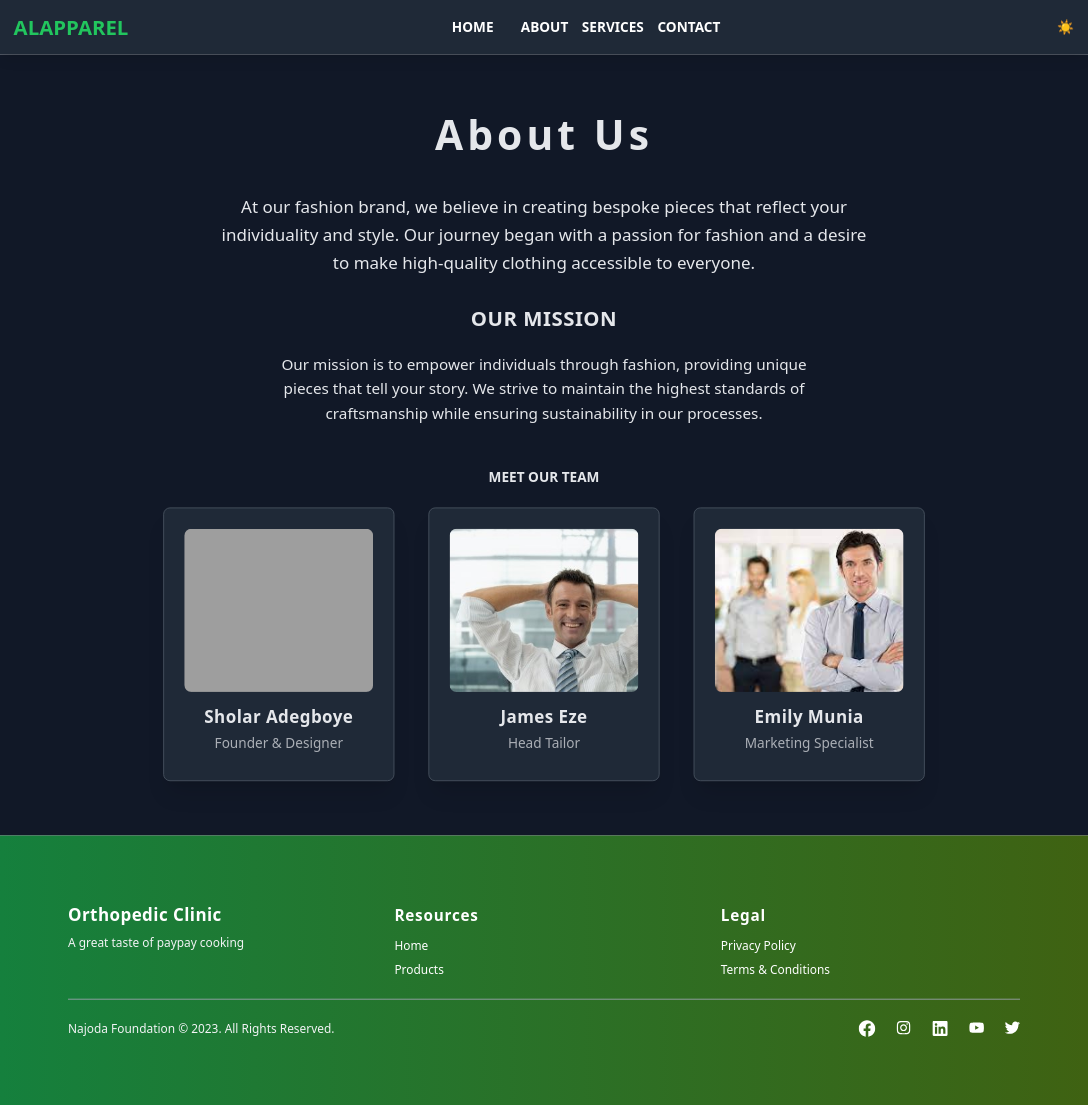
Repository: countaustin1990/file-C-Users-user-Documents-Final-20Cart
Page: /about (app in Documents/BXXXN/my-app/)
An editor plug-in stored every save of this project. The page is shown before and after the next save, followed by the edit.
The browser window is 1280 px wide. The pictures show the whole page, at 85% of full size.
Pictures or frames that could not be fetched are drawn as grey boxes. The project was rebuilt for these pictures with package versions that can differ from the ones it lists, and the page was loaded fresh each time. Also part of the build but not shown: Documents/BXXXN/my-app/vite.config.js, Documents/BXXXN/my-app/src/components/folder/HeroSection.test.jsx, Documents/BXXXN/my-app/src/components/horizontalscroll/style.css, Documents/BXXXN/my-app/src/components/horizontalscroll/HorizontalScroll.test.jsx, Documents/BXXXN/my-app/src/serviceinfo/ServiceInfo.test.jsx, Documents/BXXXN/my-app/src/pages/home/Home.test.jsx, Documents/BXXXN/my-app/src/pages/contact/Contact.jsx, Documents/BXXXN/my-app/src/pages/services/Services.test.jsx.

Above is the page before, as saved 2024-11-01 18:39:16.

### Documents/BXXXN/my-app/src/App.jsx
import { BrowserRouter as Router, Routes, Route } from 'react-router-dom';
import { useEffect, useState } from 'react';
import Navbar from './components/navbar/Navbar.test';
import Home from './pages/home/Home.test';
import Footer from './components/footer/Footer';
import Contact from './pages/contact/Contact';
import About from './pages/about/About.test';
import Services from './pages/services/Services.test';
import BackToTopButton from './components/backtotopbutton/BackToTopButton';
//import ServicesInfo from './serviceinfo/ServiceInfo.test';

const App = () => {
  const [theme, setTheme] = useState('dark');

  // Toggle theme function
  const toggleTheme = () => {
    const newTheme = theme === 'light' ? 'dark' : 'light';
    setTheme(newTheme);
    localStorage.setItem('theme', newTheme);
  };

  useEffect(() => {
    const savedTheme = localStorage.getItem('theme');
    setTheme(savedTheme || 'dark'); // Default to dark mode if no saved theme
  }, []);

  return (
    <Router>
      <BackToTopButton toggleTheme={toggleTheme} theme={theme}/>
      <Navbar toggleTheme={toggleTheme} theme={theme} />
      <Routes>
        <Route path="/home" element={<Home theme={theme} />} />
        <Route path="/about" element={<About theme={theme} />} />
        <Route path="/services" element={<Services theme={theme} />} />
        <Route path="/contact" element={<Contact theme={theme} />} />
      </Routes>
      {/*<ServicesInfo isDarkMode={theme === 'dark'} />  Pass isDarkMode prop */}
      <Footer />
    </Router>
  );
};

export default App;

### Documents/BXXXN/my-app/src/index.css
@tailwind base;
@tailwind components;
@tailwind utilities;

/* Global Styles */
.app {
  transition: background-color 0.3s ease-in-out;
}

/* Light and Dark Mode Styles */
.light-mode {
  background-color: #f0f0f0;
  color: #000;
}

.dark-mode {
  background-color: #1e1e1e;
  color: #fff;
}

/* Hero Section */
.hero {
  display: flex;
  justify-content: center;
  align-items: center;
  height: 70svh;
  text-align: center;
}

.hero-content h1 {
  font-size: 2.5rem;
  margin-bottom: 1rem;
}

.hero-content p {
  font-size: 1.2rem;
  margin-bottom: 1.5rem;
}

.cta-button {
  padding: 0.75rem 1.5rem;
  font-size: 1rem;
  background-color: rgb(22 163 74);

  color: white;
  border: none;
  cursor: pointer;
  border-radius: 5px;
}

.cta-button:hover {
  background-color: #22923c;
}

/* Toggle Switch Styles */
.switch {
  position: relative;
  display: inline-block;
  width: 60px;
  height: 34px;
  margin-top: 20px;
}

.switch input {
  opacity: 0;
  width: 0;
  height: 0;
}

.slider {
  position: absolute;
  cursor: pointer;
  top: 0;
  left: 0;
  right: 0;
  bottom: 0;
  background-color: #ccc;
  transition: 0.4s;
  border-radius: 34px;
}

.slider:before {
  position: absolute;
  content: "";
  height: 26px;
  width: 26px;
  border-radius: 50%;
  left: 4px;
  bottom: 4px;
  background-color: white;
  transition: 0.4s;
}

input:checked + .slider {
  background-color: #5494de;
}

input:checked + .slider:before {
  transform: translateX(26px);
}

/* Decoration (Additional Styling) */
.decoration {
  position: absolute;
  right: 10px;
  top: 5px;
  width: 8px;
  height: 8px;
  background-color: yellow;
  border-radius: 50%;
  box-shadow: 0 0 5px 2px yellow;
}

### Documents/BXXXN/my-app/src/components/navbar/Navbar.test.jsx
import PropTypes from 'prop-types';
import { useState } from 'react';
import { Link } from 'react-router-dom';

const Navbar = ({ theme, toggleTheme }) => {
  const [isMenuOpen, setIsMenuOpen] = useState(false);

  const handleMenuToggle = () => {
    setIsMenuOpen(!isMenuOpen);
  };

  const handleLinkClick = () => {
    setIsMenuOpen(false);
  };

  return (
    <nav className={`navbar shadow-lg sticky top-0 ${theme === 'light' ? 'bg-white text-black' : 'bg-gray-800 text-white'} transition-colors duration-300`}>
      <div className="container mx-auto flex justify-between items-center p-4">
        {/* Website Name */}
        <h1 className="text-2xl font-bold uppercase text-green-500">ALapparel</h1>

        {/* Links for Desktop */}
        <ul className="hidden md:flex space-x-4 uppercase">
          <li><Link to="/home" className="hover:underline font-semibold">Home</Link></li>
          <li><Link to="/about" className="hover:underline font-semibold">About</Link></li>
          <li><Link to="/services" className="hover:underline font-semibold">Services</Link></li>
          <li><Link to="/contact" className="hover:underline font-semibold">Contact</Link></li>
        </ul>

        {/* Theme Toggle Button */}
        <button onClick={toggleTheme} className="ml-4 bg-transparent toggle-theme" aria-label={`Switch to ${theme === 'light' ? 'dark' : 'light'} mode`}>
          {theme === 'light' ? '🌙' : '☀️'}
        </button>

        {/* Mobile Menu Button */}
        <button
          onClick={handleMenuToggle}
          className="block md:hidden focus:outline-none ml-4"
          aria-expanded={isMenuOpen}
          aria-label="Toggle menu"
        >
          {isMenuOpen ? '✖' : '☰'} {/* Menu icon changes when clicked */}
        </button>
      </div>

      {/* Links for Mobile */}
      {isMenuOpen && (
        <ul className={`md:hidden p-4 space-y-2 ${theme === 'light' ? 'bg-white text-green-500' : 'bg-gray-800 text-green-500'} transition duration-300 ease-in-out`}>
          <li><Link to="/home" className="block font-semibold" onClick={handleLinkClick}>Home</Link></li>
          <li><Link to="/about" className="block font-semibold" onClick={handleLinkClick}>About</Link></li>
          <li><Link to="/services" className="block font-semibold" onClick={handleLinkClick}>Services</Link></li>
          <li><Link to="/contact" className="block font-semibold" onClick={handleLinkClick}>Contact</Link></li>
        </ul>
      )}
    </nav>
  );
};

Navbar.propTypes = {
  theme: PropTypes.string.isRequired,
  toggleTheme: PropTypes.func.isRequired,
};

export default Navbar;

### Documents/BXXXN/my-app/src/components/footer/Footer.jsx
import { Link } from "react-router-dom";
import { FaYoutube, FaTwitter, FaInstagram, FaFacebook, FaLinkedin } from "react-icons/fa";



const Footer = () => {
  const scrollToTop = () => {
    window.scrollTo({
      top: 0,
      behavior: 'smooth', // Smooth scroll
    });
  };
  return (
    <footer className="bg-gradient-to-r from-green-700 to-lime-800 text-white p-16">
      <div className="w-full max-w-full p-4">
        <div className="grid grid-cols-1 md:grid-cols-3 gap-8">
          <div>
            <Link to="/" className="flex items-center space-x-5"  onClick={scrollToTop}>
              {/* Add Logo if necessary */}
              <span className="text-xl font-bold capitalize tracking-wide">
                Orthopedic Clinic
              </span>
            </Link>
            <p className="mt-2 text-sm text-gray-100">
              A great taste of paypay cooking
            </p>
          </div>

          <div>
            <h2 className="mb-3 text-lg font-semibold tracking-wider">
              Resources
            </h2>
            <ul className="space-y-2 text-sm">
              <li>
                <Link to="/" className="hover:text-gray-100 transition duration-300"  onClick={scrollToTop}>Home</Link>
              </li>
              <li>
                <Link to="/products" className="hover:text-gray-100 transition duration-300"  onClick={scrollToTop}>Products</Link>
              </li>
              {/*<li>
                <Link to="/services" className="hover:text-gray-100 transition duration-300">Services</Link>
              </li>
              <li>
                <Link to="/contact" className="hover:text-gray-100 transition duration-300">Contact</Link>
              </li>
              <li>
                <Link to="/blog" className="hover:text-gray-100 transition duration-300">Blog</Link>
              </li>*/}
            </ul>
          </div>

          <div>
            <h2 className="mb-3 text-lg font-semibold tracking-wider">
              Legal
            </h2>
            <ul className="space-y-2 text-sm">
              <li>
                <Link to="/privacy-policy" className="hover:text-gray-100 transition duration-300">Privacy Policy</Link>
              </li>
              <li>
                <Link to="/terms-conditions" className="hover:text-gray-100 transition duration-300">Terms & Conditions</Link>
              </li>
            </ul>
          </div>
        </div>

        <hr className="my-6 border-gray-400" />

        <div className="flex justify-between items-center">
          <span className="text-sm text-gray-100">
            Najoda Foundation © 2023. All Rights Reserved.
          </span>
          <div className="flex space-x-6">
            <a href="https://facebook.com" target="_blank" rel="noopener noreferrer" aria-label="Facebook" className="text-xl hover:text-blue-600">
            <FaFacebook />
          </a>
            <a
              href="https://instagram.com"
              className="hover:text-white transition duration-300"
              target="_blank"
              rel="noopener noreferrer"
            >
              <FaInstagram size={18} />
              <span className="sr-only">Instagram</span>
            </a>
             <a href="https://linkedin.com" target="_blank" rel="noopener noreferrer" aria-label="LinkedIn" className="text-xl hover:text-blue-700">
            <FaLinkedin />
          </a>
            <a
              href="https://youtube.com"
              className="hover:text-white transition duration-300"
              target="_blank"
              rel="noopener noreferrer"
            >
              <FaYoutube size={18} />
              <span className="sr-only">YouTube</span>
            </a>
            <a
              href="https://twitter.com"
              className="hover:text-white transition duration-300"
              target="_blank"
              rel="noopener noreferrer"
            >
              <FaTwitter size={18} />
              <span className="sr-only">Twitter</span>
            </a>
          </div>
        </div>
      </div>
    </footer>
  );
};

export default Footer;

### Documents/BXXXN/my-app/src/pages/about/About.test.jsx
import PropTypes from 'prop-types';
import TeamMember1 from '../../assets/TeamMember1.webp'; // Adjust paths based on your project structure
import TeamMember2 from '../../assets/teammember2.jpeg';
import TeamMember3 from '../../assets/TeamMember3.jpeg';

const About = ({ theme }) => {
  const teamMembers = [
    {
      name: 'Sholar Adegboye',
      role: 'Founder & Designer',
      imageUrl: TeamMember1,
    },
    {
      name: 'James Eze',
      role: 'Head Tailor',
      imageUrl: TeamMember2,
    },
    {
      name: 'Emily Munia',
      role: 'Marketing Specialist',
      imageUrl: TeamMember3,
    },
  ];

  return (
    <div
      className={`container-fluid h-full py-16 px-6 md:px-12 lg:px-24 xl:px-48 ${
        theme === 'light' ? 'bg-gray-200 text-gray-900' : 'bg-gray-900 text-gray-200'
      }`}
    >
      <h1 className="text-5xl font-bold text-center mb-10 tracking-widest leading-tight">
        About Us
      </h1>
      <p className="text-xl text-center mb-8 max-w-3xl mx-auto leading-relaxed">
        At our fashion brand, we believe in creating bespoke pieces that reflect your individuality and style. Our journey began with a passion for fashion and a desire to make high-quality clothing accessible to everyone.
      </p>
      <h2 className="text-2xl font-extrabold mb-6 text-center uppercase tracking-wide">
        Our Mission
      </h2>
      <p className="text-lg text-center mb-12 max-w-2xl mx-auto leading-relaxed">
        Our mission is to empower individuals through fashion, providing unique pieces that tell your story. We strive to maintain the highest standards of craftsmanship while ensuring sustainability in our processes.
      </p>
      <h2 className=" font-extrabold mb-6 text-center uppercase">
        Meet Our Team
      </h2>
      <div className="grid grid-cols-1 md:grid-cols-2 lg:grid-cols-3 gap-10">
        {teamMembers.map((member, index) => (
          <div
            key={index}
            className={`p-6 shadow-xl rounded-lg transition-transform transform hover:scale-105 ${
              theme === 'light'
                ? 'bg-gray-100 border border-gray-300 hover:bg-gray-800 hover:text-gray-100'
                : 'bg-gray-800 border border-gray-600 hover:bg-gray-100 hover:text-gray-800'
            }`}
          >
            <img
              src={member.imageUrl}
              alt={member.name}
              className="w-full h-48 object-cover rounded-lg mb-4 transition-all duration-300 hover:shadow-lg"
            />
            <h3 className="text-xl font-bold mb-1 tracking-wide text-center">
              {member.name}
            </h3>
            <p className="text-md text-center mb-2 opacity-70">{member.role}</p>
          </div>
        ))}
      </div>
    </div>
  );
};

// PropTypes validation
About.propTypes = {
  theme: PropTypes.string.isRequired,
};

export default About;

### Documents/BXXXN/my-app/src/components/backtotopbutton/BackToTopButton.jsx
import { useState, useEffect } from 'react';
import { FaArrowUp } from "react-icons/fa6";

const BackToTopButton = () => {
  const [isVisible, setIsVisible] = useState(false);

  // Show button when scrolled down 100px
  const toggleVisibility = () => {
    if (window.pageYOffset > 100) {
      setIsVisible(true);
    } else {
      setIsVisible(false);
    }
  };

  // Scroll to top function
  const scrollToTop = () => {
    window.scrollTo({
      top: 0,
      behavior: 'smooth', // Smooth scroll
    });
  };

  useEffect(() => {
    window.addEventListener('scroll', toggleVisibility);
    return () => {
      window.removeEventListener('scroll', toggleVisibility);
    };
  }, []);

  return (
    <button
      onClick={scrollToTop}
      className={`fixed bottom-4 right-4 p-5 font-bold rounded-full bg-green-600 text-white transition-opacity duration-300 ${isVisible ? 'opacity-100' : 'opacity-0'}`}
      style={{ display: isVisible ? 'block' : 'none' }}
      aria-label="Back to top"
    >
      <FaArrowUp />
    </button>
  );
};

export default BackToTopButton;

### Documents/BXXXN/my-app/src/components/folder/style.css
/* style.css */
.app.dark-mode {
  background-color: #1a1a2e;
  color: #fff;
}

.app.light-mode {
  background-color: #f4f4f9;
  color: #333;
}

.hero-content h1 {
  font-size: 3rem;
}

.cta-button {
  padding: 0.5rem 2rem;
  background-color: #15983e;
  color: white;
  border: none;
  border-radius: 0.25rem;
  cursor: pointer;
}

.cta-button:hover {
  background-color: #157b3c;
}

/* Dark/Light Mode Toggle Styles */
.switch {
  position: relative;
  display: inline-block;
  width: 60px;
  height: 34px;
}

.switch input {
  opacity: 0;
  width: 0;
  height: 0;
}

.slider {
  position: absolute;
  top: 0;
  left: 0;
  right: 0;
  bottom: 0;
  background-color: #ccc;
  border-radius: 34px;
}

.slider:before {
  position: absolute;
  content: "";
  height: 26px;
  width: 26px;
  left: 4px;
  bottom: 4px;
  background-color: white;
  border-radius: 50%;
  transition: 0.4s;
}

input:checked + .slider {
  background-color: #2196F3;
}

input:checked + .slider:before {
  transform: translateX(26px);
}

/* Additional Styles */
.flex {
  display: flex;
}

.space-x-4 > *:not(:last-child) {
  margin-right: 1rem;
}

Loaded but not shown: Documents/BXXXN/my-app/index.html (common file); Documents/BXXXN/my-app/src/main.jsx (common file); Documents/BXXXN/my-app/tailwind.config.js (common file)

After the next save:
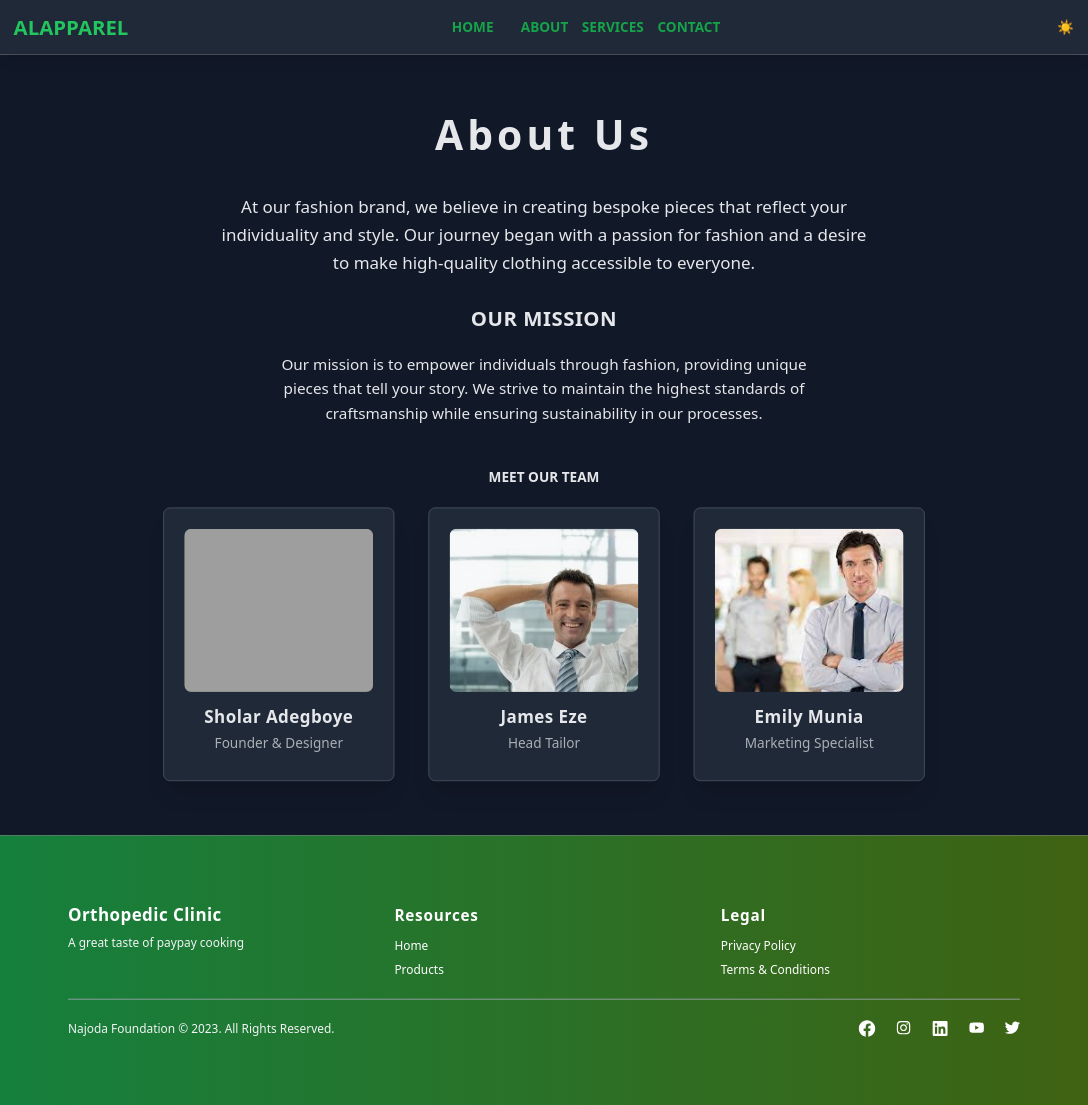
Saved 83 s later.
--- a/Documents/BXXXN/my-app/src/components/navbar/Navbar.test.jsx
+++ b/Documents/BXXXN/my-app/src/components/navbar/Navbar.test.jsx
@@ -20,7 +20,7 @@ const Navbar = ({ theme, toggleTheme }) => {
         <h1 className="text-2xl font-bold uppercase text-green-500">ALapparel</h1>
 
         {/* Links for Desktop */}
-        <ul className="hidden md:flex space-x-4 uppercase">
+        <ul className="hidden md:flex space-x-4 uppercase text-green-600">
           <li><Link to="/home" className="hover:underline font-semibold">Home</Link></li>
           <li><Link to="/about" className="hover:underline font-semibold">About</Link></li>
           <li><Link to="/services" className="hover:underline font-semibold">Services</Link></li>
